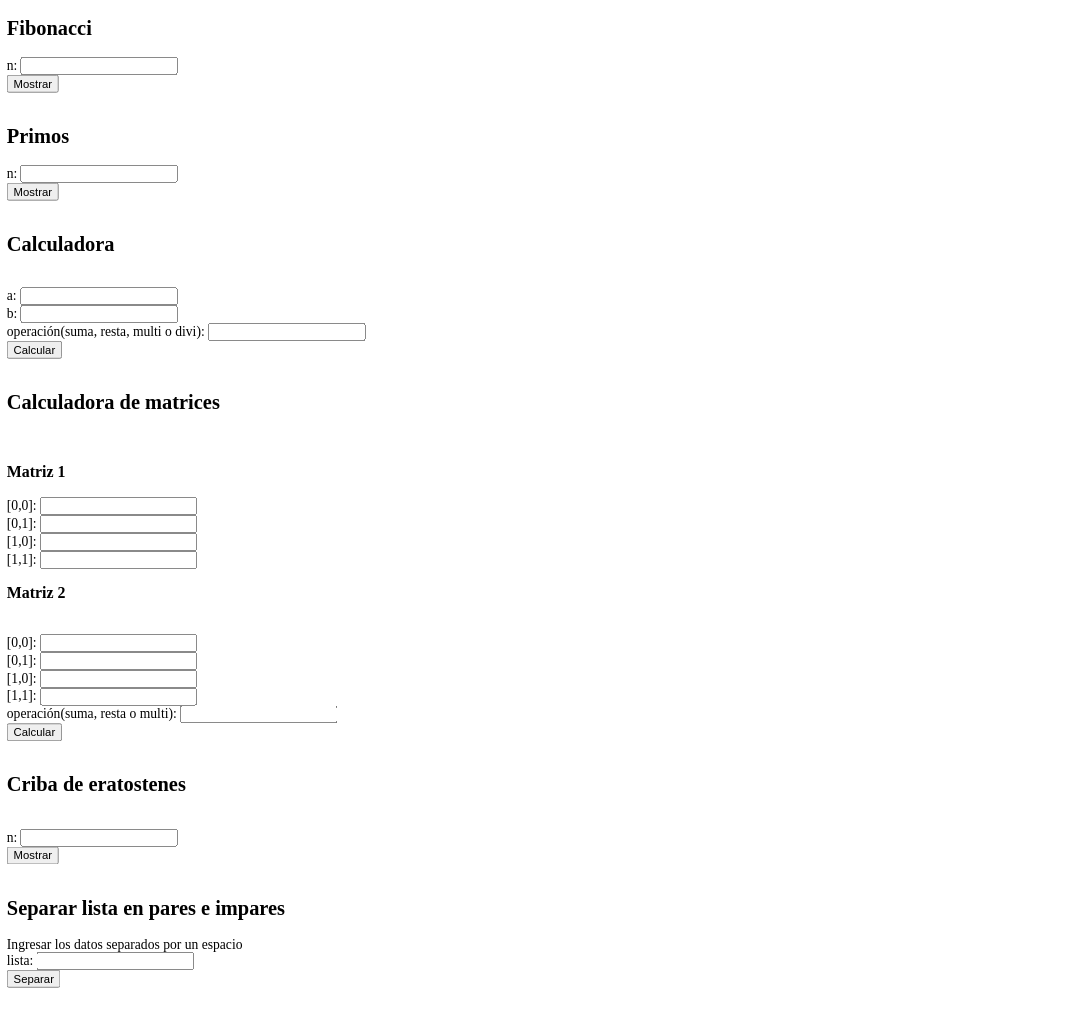
Repository: aldar1/Examen-Final-INF319
Page: http://localhost/test1/proyecto.jsp
These files come from the project's save history. The page is drawn as it stood at one moment and after the next save; the edit follows.
The browser window is 1280 px wide. The pictures show the whole page, at 85% of full size.
The page is served by Tomcat 9.

Above is the page before, as saved 2021-12-15 09:20:49.

### Java/test1/src/main/webapp/proyecto.jsp
<%@ page language="java" contentType="text/html; charset=ISO-8859-1"
    pageEncoding="ISO-8859-1"%>
<!DOCTYPE html>
<html>
<head>
<meta charset="ISO-8859-1">
<title>Proyecto 319</title>
</head>
<body>
<h2>Fibonacci</h2>
<form action = "resultado.jsp" method = "GET">
	n: <input type = "number" name = "n_fibo">
    <br />
    <input type = "submit" value = "Mostrar" />
</form>

<br>
<h2>Primos</h2>
<form action = "resultado.jsp" method = "GET">
	n: <input type = "number" name = "n_prim">
    <br />
    <input type = "submit" value = "Mostrar" />
</form>

<br>
<h2>Calculadora</h2>
<br>

<form action = "resultado.jsp" method = "GET">
	a: <input type = "number" name = "a_calcu">
    <br />
    b: <input type = "number" name = "b_calcu">
    <br />
    operación(suma, resta, multi o divi): <input type = "text" name = "op_calcu">
    <br />
    <input type = "submit" value = "Calcular" />
</form>

<br>
<h2>Calculadora de matrices</h2>
<br>

<form action = "resultado.jsp" method = "GET">
	<h3>Matriz 1</h3>
	[0,0]: <input type = "number" name = "mat100">
    <br />
	[0,1]: <input type = "number" name = "mat101">
    <br />
	[1,0]: <input type = "number" name = "mat110">
    <br />
	[1,1]: <input type = "number" name = "mat111">
    <br />
    <h3>Matriz 2</h3>
    <br>
	[0,0]: <input type = "number" name = "mat200">
    <br />
	[0,1]: <input type = "number" name = "mat201">
    <br />
	[1,0]: <input type = "number" name = "mat210">
    <br />
	[1,1]: <input type = "number" name = "mat211">
    <br />
    operación(suma, resta o multi): <input type = "text" name = "op_matrices">
    <br />
    <input type = "submit" value = "Calcular" />
</form>


<br>
<h2>Criba de eratostenes</h2>
<br>

<form action = "resultado.jsp" method = "GET">
	n: <input type = "number" name = "n_criba">
    <br />
    <input type = "submit" value = "Mostrar" />
</form>

<br>
<h2>Separar lista en pares e impares</h2>
Ingresar los datos separados por un espacio
<form action = "resultado.jsp" method = "GET">
	lista: <input type = "text" name = "lista">
    <br />
    <input type = "submit" value = "Separar" />
</form>
<br>

</body>
</html>

After the next save:
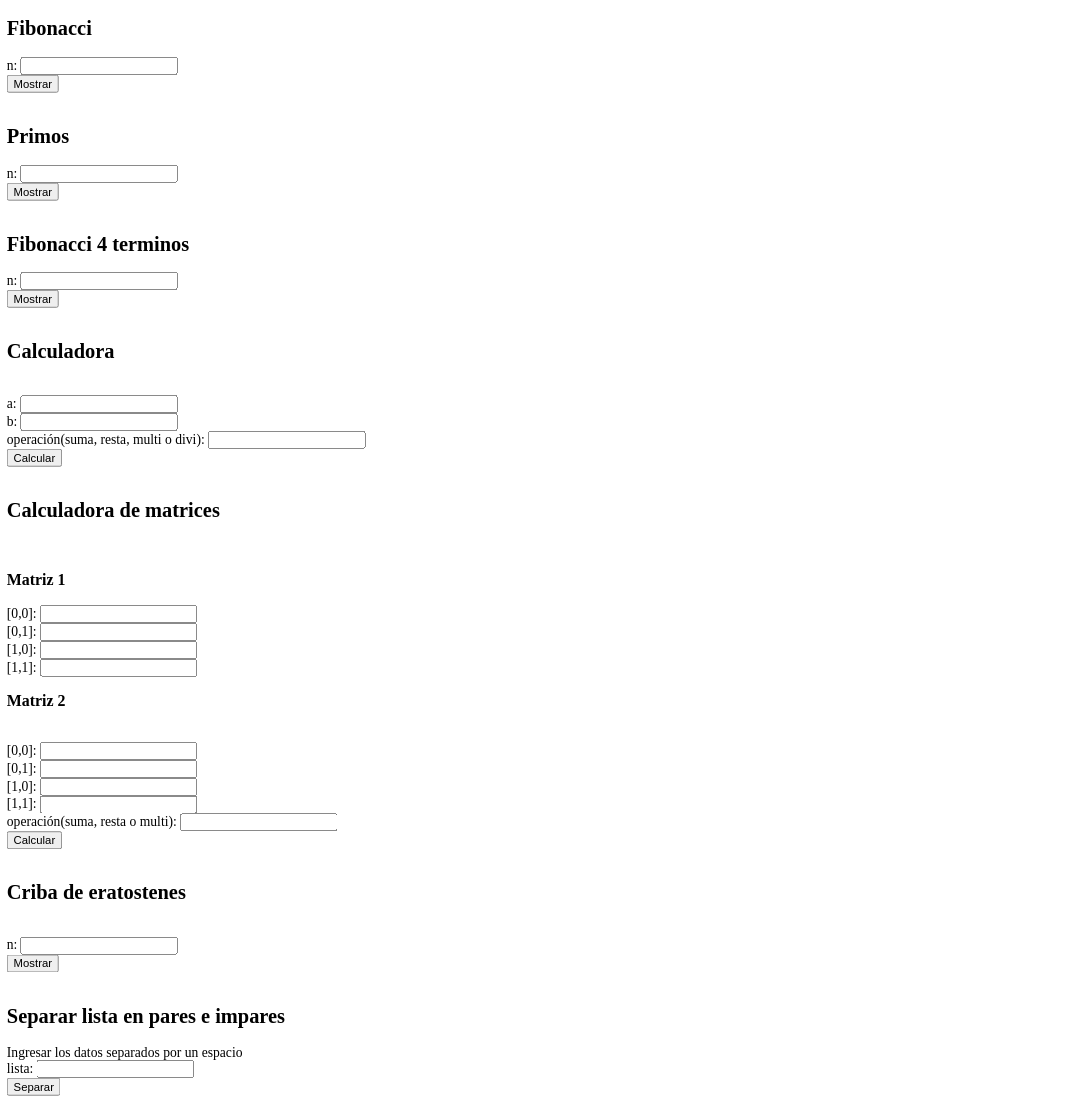
Saved 70 s later.
--- a/Java/test1/src/main/webapp/proyecto.jsp
+++ b/Java/test1/src/main/webapp/proyecto.jsp
@@ -18,6 +18,14 @@
 <h2>Primos</h2>
 <form action = "resultado.jsp" method = "GET">
 	n: <input type = "number" name = "n_prim">
+    <br />
+    <input type = "submit" value = "Mostrar" />
+</form>
+
+<br>
+<h2>Fibonacci 4 terminos</h2>
+<form action = "resultado.jsp" method = "GET">
+	n: <input type = "number" name = "n_fib">
     <br />
     <input type = "submit" value = "Mostrar" />
 </form>
